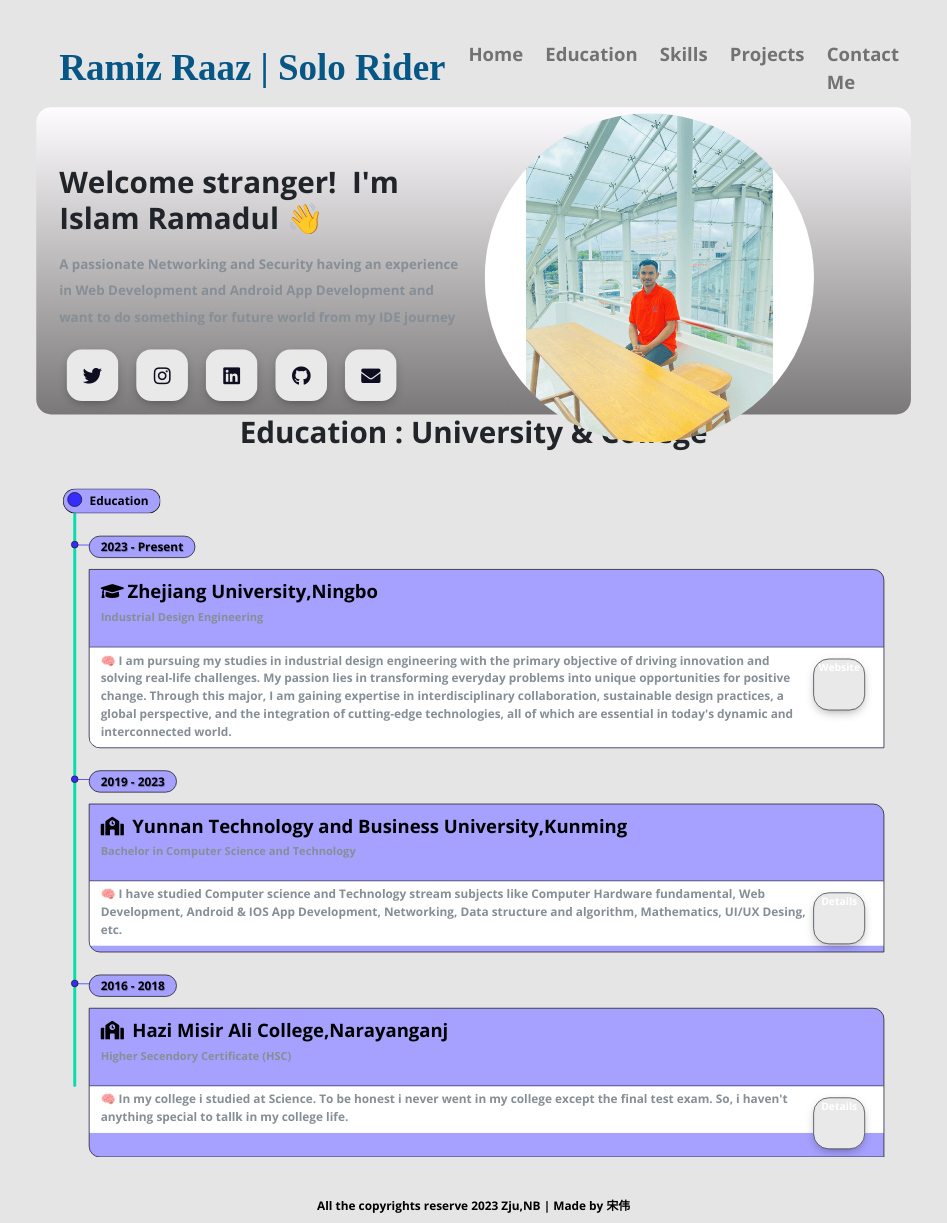
Repository: ramizraaz/ZjuProtfolio
Page: index.html
These files come from the project's save history. The page is drawn as it stood at one moment and after the next save; the edit follows.
The browser window is 1280 px wide. The pictures show the whole page, at 74% of full size.
Some web fonts or font styles are not loaded; a fallback is used. Some web libraries are served in a nearby version.

Above is the page before, as saved 2023-10-08 18:15:53.

### index.html
<!DOCTYPE html>
<html lang="en" dir="ltr">

<head>
    <meta charset="utf-8">
    <meta name="viewport" content="width=device-width,initial-scale=1">
    <title>宋伟's Profile | Personal website</title>
    <link rel="icon" href="Image/RR.png">
    <link rel="stylesheet" href="https://stackpath.bootstrapcdn.com/bootstrap/4.5.0/css/bootstrap.min.css" integrity="sha384-9aIt2nRpC12Uk9gS9baDl411NQApFmC26EwAOH8WgZl5MYYxFfc+NcPb1dKGj7Sk" crossorigin="anonymous">
    <link rel="stylesheet" href="style.css">
    <link href="https://fonts.googleapis.com/css2?family=Arizonia&family=Montserrat:wght@400;800&display=swap" rel="stylesheet">
    <link href="https://fonts.googleapis.com/css2?family=Open+Sans:wght@700&display=swap" rel="stylesheet">
    <link rel="stylesheet" href="https://use.fontawesome.com/releases/v5.4.1/css/all.css" />
    <link rel="stylesheet" href="https://cdnjs.cloudflare.com/ajax/libs/font-awesome/5.13.1/css/all.min.css">
    <script src="https://code.jquery.com/jquery-3.5.1.slim.min.js" integrity="sha384-DfXdz2htPH0lsSSs5nCTpuj/zy4C+OGpamoFVy38MVBnE+IbbVYUew+OrCXaRkfj" crossorigin="anonymous"></script>
    <script src="https://cdn.jsdelivr.net/npm/popper.js@1.16.0/dist/umd/popper.min.js" integrity="sha384-Q6E9RHvbIyZFJoft+2mJbHaEWldlvI9IOYy5n3zV9zzTtmI3UksdQRVvoxMfooAo" crossorigin="anonymous"></script>
    <script src="https://stackpath.bootstrapcdn.com/bootstrap/4.5.0/js/bootstrap.min.js" integrity="sha384-OgVRvuATP1z7JjHLkuOU7Xw704+h835Lr+6QL9UvYjZE3Ipu6Tp75j7Bh/kR0JKI" crossorigin="anonymous"></script>
</head>

<body class="container-fluid body_section">
    <header>
        <nav class="navbar navbar-expand-lg navbar-light ">
            <a class="navbar-brand brand-name" href="#">Ramiz Raaz | Solo Rider</a>
            <button class="navbar-toggler" type="button" data-toggle="collapse" data-target="#navbarSupportedContent" aria-controls="navbarSupportedContent" aria-expanded="false" aria-label="Toggle navigation">
                  <span class="navbar-toggler-icon"></span>
                </button>
            <div class="collapse navbar-collapse" id="navbarSupportedContent">
                <ul class="navbar-nav ml-auto">
                    <li class="nav-item">
                        <a class="nav-link headerachor" href="index.html">Home</a>
                    </li>

                    <li class="nav-item">
                        <a class="nav-link headerachor" href="#Education">Education</a>
                    </li>
                    <li class="nav-item">
                        <a class="nav-link headerachor" href="">Skills</a>
                    </li>
                    <li class="nav-item">
                        <a class="nav-link headerachor" href="">Projects</a>
                    </li>
                    <li class="nav-item">
                        <a class="nav-link headerachor" href="">Contact Me</a>
                    </li>
                </ul>
        </nav>
    </header>
    <!-- Intro Section -->
    <section id="Home">
        <div class="row column1">
            <div class="col-lg-6 col-md-6 first-image">
                <img class="boyimage" src="img/me.gif" alt="">
            </div>
            <div class="col-lg-6 section-1">
                <h1 class="Hello">Welcome stranger!&nbsp&nbspI'm Islam Ramadul <span class="wave">👋</span></h1>
                <p>A passionate Networking and Security having an experience in Web Development and Android App Development and want to do something for future world from my IDE journey</p>
                <div class=social_media_icon>
                    <a class="btn" href="https://twitter.com/ramiz_raaz" target=_blank>
                        <i class="fab fa-twitter"></i>
                    </a>
                    <a class="btn" href="https://www.instagram.com/ramiz_raaz/" target=_blank>
                        <i class="fab fa-instagram"></i>
                    </a>
                    <a class="btn" href="https://www.linkedin.com/" target=_blank>
                        <i class="fab fa-linkedin" aria-hidden="true"></i>
                    </a>
                    <a class="btn" href="https://github.com/ramizraaz" target=_blank>
                        <i class="fab fa-github"></i>
                    </a>
                    <a class="btn" href="mailto:romiz.romeo.raaz@gmail.com/" target=_blank>
                        <i class="fa fa-envelope"></i>
                    </a>
                </div>
            </div>
    </section>
    <!-- Education Section -->
    <section id="Education">
        <div class="container">
            <div class="Heading">
                <h1>Education : University & College</h1>
                <br>
            </div>
            <div class="timeline">
                <div class="timeline-month">
                    Education
                </div>
                <div class="timeline-section">
                    <div class="timeline-date">
                        2023 - Present
                    </div>
                    <div class="row">
                        <div class="col-lg">
                            <div class="timeline-box">
                                <div class="box-title">
                                    <i class="fas fa-graduation-cap" aria-hidden="true"></i>Zhejiang University,Ningbo
                                    <p class="degree">Industrial Design Engineering</p>
                                </div>
                                <div class="box-content">
                                    <a class="btn btn-sm btn-dark float-right" role="button" href="https://www.zju.edu.cn/english/" target=_blank style="color: white;">Website</a>
                                    <div class="box-item">🧠 I am pursuing my studies in industrial design engineering with the primary objective of driving innovation and solving real-life challenges. My passion lies in transforming everyday problems into unique opportunities
                                        for positive change. Through this major, I am gaining expertise in interdisciplinary collaboration, sustainable design practices, a global perspective, and the integration of cutting-edge technologies, all of which
                                        are essential in today's dynamic and interconnected world.</div>
                                </div>
                            </div>
                        </div>
                    </div>
                </div>

                <div class="timeline-section">
                    <div class="timeline-date">
                        2019 - 2023
                    </div>
                    <div class="row">
                        <div class="col-lg">
                            <div class="timeline-box">
                                <div class="box-title">
                                    <i class="fas fa-school" aria-hidden="true"></i> Yunnan Technology and Business University,Kunming
                                    <p class="degree">Bachelor in Computer Science and Technology</p>
                                </div>
                                <div class="box-content">
                                    <a class="btn btn-sm btn-dark float-right" role="button" style="color: white;">Details</a>
                                    <div class="box-item">🧠 I have studied Computer science and Technology stream subjects like Computer Hardware fundamental, Web Development, Android & IOS App Development, Networking, Data structure and algorithm, Mathematics, UI/UX Desing,
                                        etc.
                                    </div>

                                </div>
                            </div>
                        </div>
                    </div>
                </div>

                <div class="timeline-section">
                    <div class="timeline-date">
                        2016 - 2018
                    </div>
                    <div class="row">
                        <div class="col-lg">
                            <div class="timeline-box">
                                <div class="box-title">
                                    <i class="fas fa-school" aria-hidden="true"></i> Hazi Misir Ali College,Narayanganj
                                    <p class="degree"> Higher Secendory Certificate (HSC)</p>
                                </div>
                                <div class="box-content">
                                    <a class="btn btn-sm btn-dark float-right" role="button" style="color: white;">Details</a>
                                    <div class="box-item">🧠 In my college i studied at Science. To be honest i never went in my college except the final test exam. So, i haven't anything special to tallk in my college life.</div>
                                    <div class="box-item"><b>

                                </div>
                            </div>
                        </div>
                    </div>
                </div>
            </div>
        </div>
    </section>

    </form>
    <footer class=footer>All the copyrights reserve 2023 Zju,NB | Made by 宋伟</footer>
</body>

</html>

### style.css
body {
    font-family: 'Open Sans', sans-serif;
    margin: 0;
    background: #b1adad;
    animation: pulse 2s infinite;
}

@keyframes pulse {
    0% {
        background: #F2F2F2;
    }
    25% {
        background: #FFFFFF;
    }
    50% {
        background: #E5E5E5;
    }
    75% {
        background: #F0F0F0;
    }
    100% {
        background: #F5F5F5;
    }
}

.body_section {
    padding: 3% 5% 1%;
}

p {
    font-size: 18px;
}

a {
    text-decoration: none;
}

@font-face {
    font-family: "Lovely Home";
    src: local('Lovely Home'), url("Image/LovelyHome-9aBZ.ttf") format('truetype');
}

.brand-name,
.navbar-light .navbar-brand {
    font-family: "Lovely Home";
    font-size: 50px;
    font-weight: bold;
    color: #075786;
}

.headerachor {
    color: black;
    margin: 0 7px 0 7px;
    border-radius: 20px;
    font-size: 25px;
}

.headerachor:hover {
    background-color: #8c8a8a;
}


/* Section 1 */

.column1 {
    background-image: linear-gradient(#fefcfe, #7a7878);
    padding: 8px 16px;
    border-radius: 20px;
}

.section-1 {
    margin-top: 6%;
    text-align: left;
    position: relative;
}

span.wave {
    animation-name: wave-animation;
    animation-duration: 2.5s;
    animation-iteration-count: infinite;
    transform-origin: 70% 70%;
    display: inline-block;
}

@keyframes wave-animation {
    0% {
        transform: rotate( 0.0deg)
    }
    10% {
        transform: rotate(-10.0deg)
    }
    20% {
        transform: rotate( 12.0deg)
    }
    30% {
        transform: rotate(-10.0deg)
    }
    40% {
        transform: rotate( 9.0deg)
    }
    50% {
        transform: rotate( 0.0deg)
    }
    100% {
        transform: rotate( 0.0deg)
    }
}

.first-image {
    position: absolute;
    right: 0;
}

.boyimage {
    height: 445px;
    border-radius: 50%;
}

@media only screen and (max-width: 1183px) {
    .first-image {
        right: 160px;
    }
}

.boy {
    width: 100%;
    height: 100%;
    animation: bounce 1.2s;
    animation-direction: alternate;
    animation-iteration-count: infinite;
}

@keyframes bounce {
    from {
        transform: translate3d(0, 0, 0);
    }
    to {
        transform: translate3d(0, 20px, 0);
    }
}

.Image-boy {
    text-align: center;
    align-items: center;
}

@media only screen and (min-width:951px) {
    .Image-boy {
        display: none;
    }
}

.Hello {
    margin-bottom: 20px;
}

p {
    line-height: 2;
    color: #868e96;
}

.btn {
    display: inline-block;
    width: 4.37rem;
    height: 4.37rem;
    background: #e9e9e9;
    padding: 0px 0px;
    margin: 10px;
    border-radius: 30%;
    box-shadow: 0 5px 15px -5px #00000070;
    color: #0f0d20;
    overflow: hidden;
    position: relative;
}

.btn i {
    line-height: 70px;
    font-size: 1.625rem;
    transition: 0.2s linear;
}

.btn:hover i {
    transform: scale(1.3);
    color: #f1f1f1;
}

.btn::before {
    content: "";
    position: absolute;
    width: 120%;
    height: 120%;
    background: #46088d;
    transform: rotate(45deg);
    left: -110%;
    top: 90%;
}

.btn:hover::before {
    animation: aaa 0.7s 1;
    top: -10%;
    left: -10%;
}

@media only screen and (max-width:470px) {
    .btn {
        width: 2.5rem;
        height: 2.5rem;
        margin: 7px;
    }
    .btn i {
        line-height: 40px;
        font-size: 1em;
    }
}


/* Education CSS */

.Heading {
    text-align: center;
}

.timeline {
    margin-top: 20px;
    position: relative;
}

.timeline:before {
    position: absolute;
    content: '';
    width: 4px;
    height: calc(100% - 100px);
    background: #08ddaf;
    left: 14px;
    top: 5px;
    border-radius: 4px;
}

.timeline-month {
    color: black;
    position: relative;
    padding: 4px 15px 4px 35px;
    background-color: #a6a1ff;
    display: inline-block;
    width: auto;
    border-radius: 40px;
    border: 1px solid #17191B;
    border-right-color: black;
    margin-bottom: 30px;
}

.timeline-month span {
    position: absolute;
    top: -1px;
    left: calc(100% - 100px);
    z-index: -1;
    white-space: nowrap;
    display: inline-block;
    background-color: #111;
    padding: 4px 10px 4px 20px;
    border-top-right-radius: 40px;
    border-bottom-right-radius: 40px;
    border: 1px solid black;
    box-sizing: border-box;
}

.timeline-month:before {
    position: absolute;
    content: '';
    width: 20px;
    height: 20px;
    background: #362CFF;
    border-radius: 100%;
    border: 1px solid #17191B;
    left: 5px;
}

.timeline-section {
    padding-left: 35px;
    display: block;
    position: relative;
    margin-bottom: 30px;
}

.timeline-date {
    margin-bottom: 15px;
    padding: 2px 15px;
    background: #a6a1ff;
    position: relative;
    display: inline-block;
    border-radius: 20px;
    border: 1px solid #17191B;
    color: black;
    text-shadow: 1px 1px 1px rgba(0, 0, 0, 0.3);
}

.timeline-section:before {
    content: '';
    position: absolute;
    width: 30px;
    height: 1px;
    background-color: #362CFF;
    top: 12px;
    left: 20px;
}

.timeline-section:after {
    content: '';
    position: absolute;
    width: 10px;
    height: 10px;
    background: #362CFF;
    top: 7px;
    left: 11px;
    border: 1px solid #17191B;
    border-radius: 100%;
}

.timeline-box {
    position: relative;
    color: black;
    background-color: #a6a1ff;
    border-radius: 15px;
    border-top-left-radius: 0px;
    border-bottom-right-radius: 0px;
    border: 1px solid #17191B;
    transition: all 0.3s ease;
    overflow: hidden;
}

.box-icon {
    position: absolute;
    right: 5px;
    top: 0px;
}

.box-title {
    padding: 10px 15px;
    font-size: 25px;
    border-bottom: 1px solid #17191B;
}

.degree {
    font-size: 15px;
}

.box-title i {
    margin-right: 5px;
}

.box-content {
    padding: 5px 15px;
    background-color: white;
}

.box-item {
    margin-bottom: 5px;
    color: #868e96;
    font-weight: 400;
}

.certificate {
    padding-top: 20px;
}

.certificate-text {
    text-align: center;
}

.box-shadow {
    box-shadow: 5px 5px 5px #d9dbdf;
}

footer {
    padding-top: 2%;
    color: #000000;
    text-align: center;
}

After the next save:
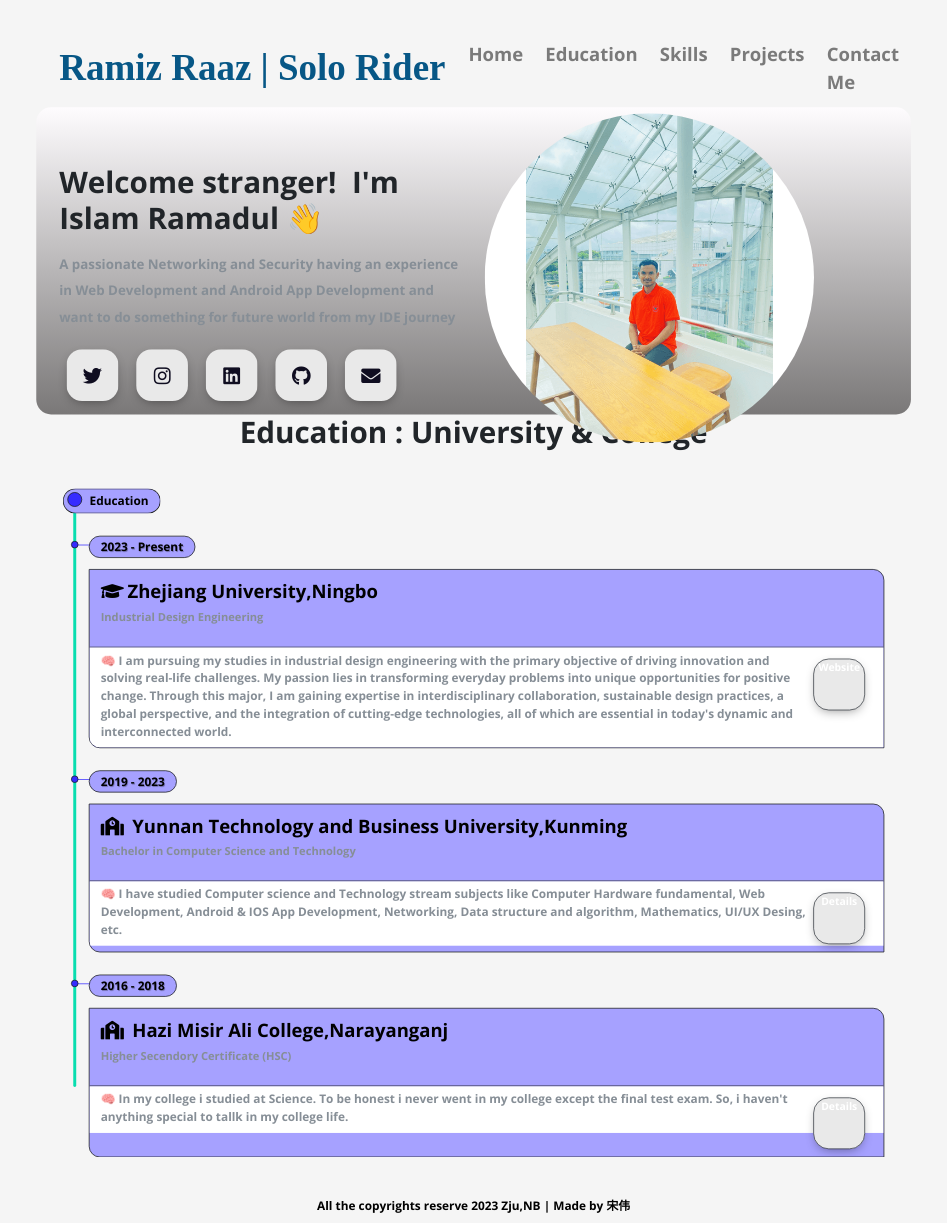
Saved 67 s later.
--- a/style.css
+++ b/style.css
@@ -9,16 +9,17 @@
     0% {
         background: #F2F2F2;
     }
-    25% {
+    10% {}
+    20% {
         background: #FFFFFF;
     }
+    30% {
+        background: #E5E5E5;
+    }
+    40% {
+        background: #F0F0F0;
+    }
     50% {
-        background: #E5E5E5;
-    }
-    75% {
-        background: #F0F0F0;
-    }
-    100% {
         background: #F5F5F5;
     }
 }

After the 3 saves that followed:
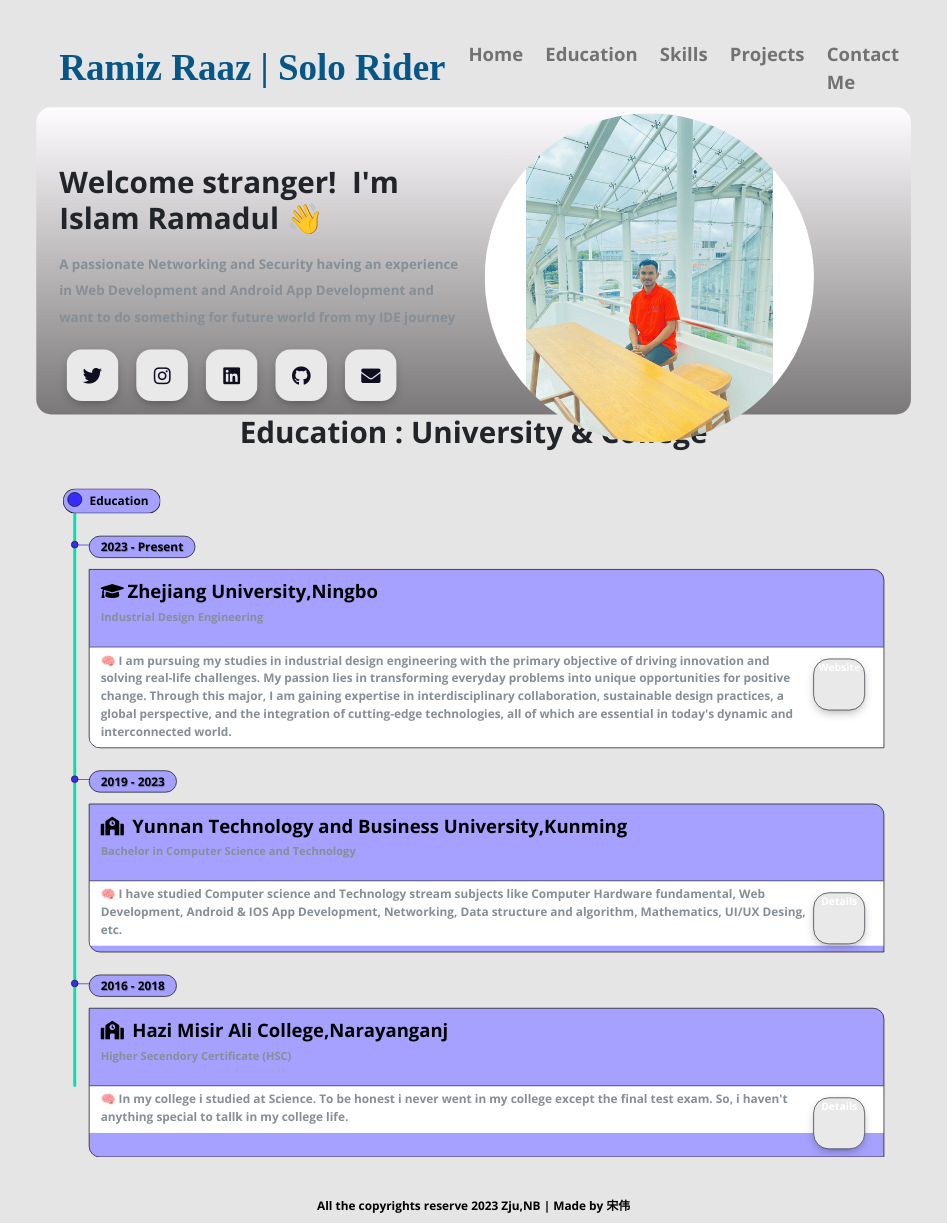
The 3 saves are shown as one change because 2 left the picture as it was.
The last was saved 114 s later.
--- a/style.css
+++ b/style.css
@@ -9,19 +9,27 @@
     0% {
         background: #F2F2F2;
     }
-    10% {}
+    10% {
+        background: #FFFFFF;
+    }
     20% {
-        background: #FFFFFF;
+        background: #E5E5E5;
+        ;
     }
     30% {
-        background: #E5E5E5;
+        background: #F0F0F0;
     }
     40% {
-        background: #F0F0F0;
+        background: #F5F5F5;
     }
     50% {
-        background: #F5F5F5;
-    }
+        background: ;
+    }
+    60% {}
+    70% {}
+    80% {}
+    90% {}
+    100% {}
 }
 
 .body_section {
